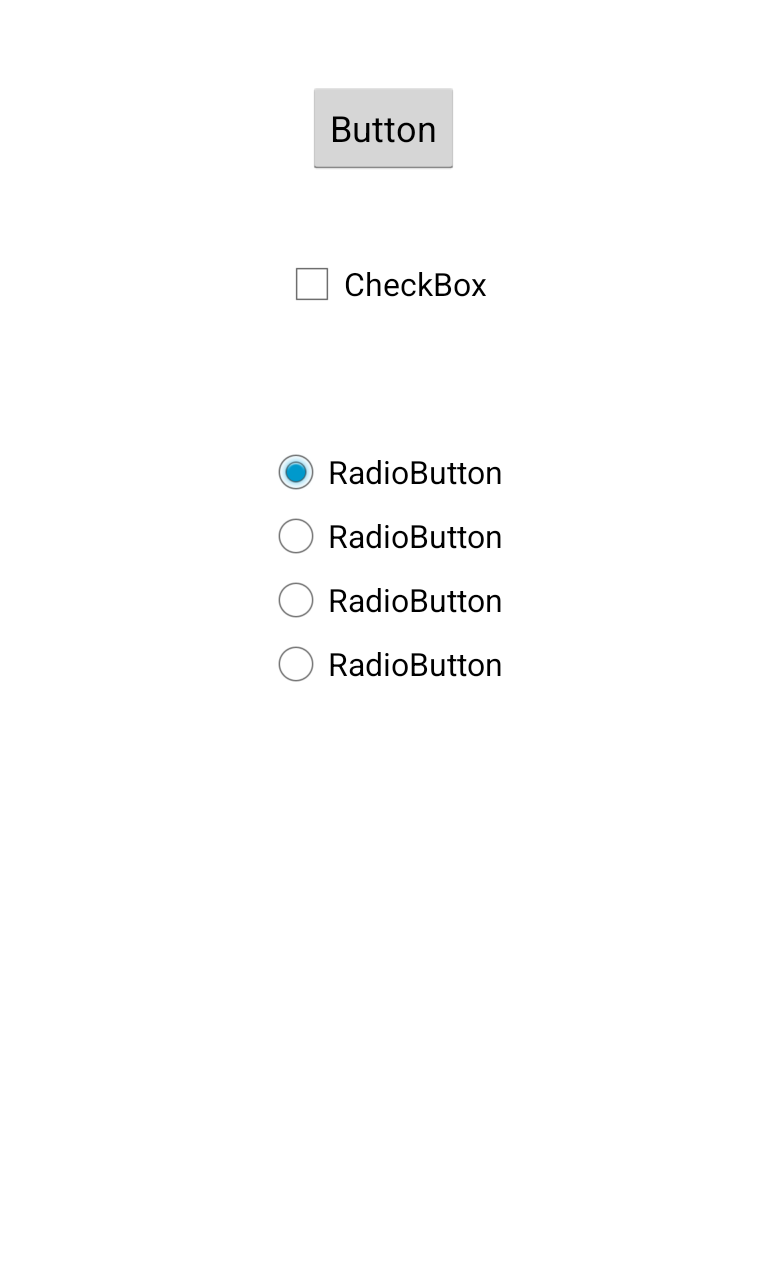
Repository: derspatero/workspace
Layout: WidgetsExample/res/layout/activity_main.xml
These files come from the project's save history. The layout is drawn as it stood at one moment and after the next save; the edit follows.
It is drawn on a 768 x 1280 px phone screen (xhdpi) without system bars, with theme AppTheme; the app's code is not run.

Above is the layout before, as saved 2014-10-18 18:37:48.

After the next save:
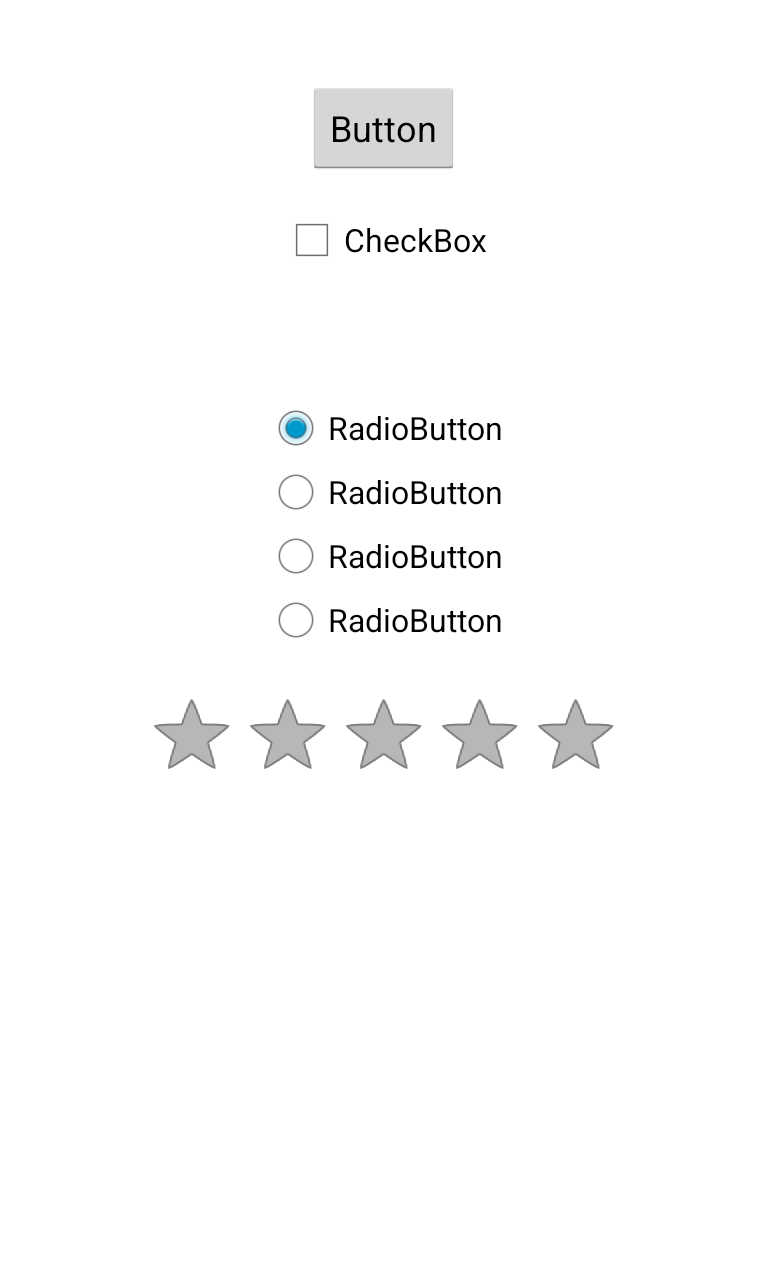
Saved 6 s later.
--- a/WidgetsExample/res/layout/activity_main.xml
+++ b/WidgetsExample/res/layout/activity_main.xml
@@ -22,15 +22,6 @@
             android:layout_centerHorizontal="true"
             android:layout_marginTop="24dp"
             android:text="Button" />
-
-        <CheckBox
-            android:id="@+id/checkBox1"
-            android:layout_width="wrap_content"
-            android:layout_height="wrap_content"
-            android:layout_below="@+id/button1"
-            android:layout_centerHorizontal="true"
-            android:layout_marginTop="38dp"
-            android:text="CheckBox" />
 
         <RadioGroup
             android:id="@+id/radioGroup1"
@@ -67,6 +58,23 @@
 
         </RadioGroup>
 
+        <RatingBar
+            android:id="@+id/ratingBar1"
+            android:layout_width="wrap_content"
+            android:layout_height="wrap_content"
+            android:layout_below="@+id/radioGroup1"
+            android:layout_centerHorizontal="true"
+            android:layout_marginTop="17dp" />
+
+        <CheckBox
+            android:id="@+id/checkBox1"
+            android:layout_width="wrap_content"
+            android:layout_height="wrap_content"
+            android:layout_below="@+id/button1"
+            android:layout_centerHorizontal="true"
+            android:layout_marginTop="16dp"
+            android:text="CheckBox" />
+
     </RelativeLayout>
 
 </ScrollView>
